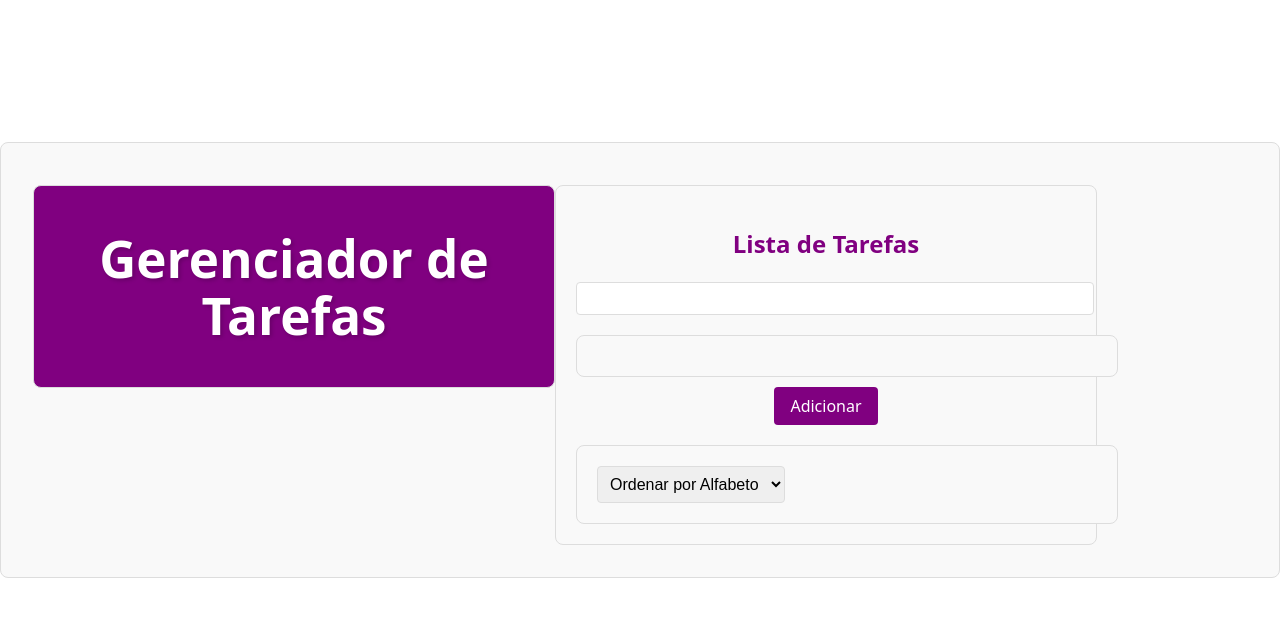
Repository: matheusarrabal12/todo
Page: /
The author's editor kept a copy of each file at every save. The page is drawn from the files as they stood at one save, then again after a run of saves.
The browser window is 1280 px wide. The pictures show the whole page.
The project was rebuilt for these pictures with package versions that can differ from the ones it lists, and the page was loaded fresh each time. Also part of the build but not shown: vite.config.js.

Above is the page before, as saved 2025-04-03 15:30:45.

### src/App.jsx
import ListaTarefas from './components/ListaTarefas';

import './App.css';

function App() {
  return(
    < >
    <div class= "divcabeçalho">
    <h1>Gerenciador de Tarefas</h1>
    </div>
    <ListaTarefas />

    </>
  ) ;
}

export default App;

### src/components/ListaTarefas.jsx
import { useState, useEffect } from "react";
import './ListaTarefas.css';

function ListaTarefas() {
  const [tarefas, setTarefa] = useState([]);
  const [novaTarefa, setNovaTarefa] = useState("");
  const [ordenacao, setOrdenacao] = useState("alfabetica");

  useEffect(() => {
    // Serve para recuperar as informações apos atualizar a pagina
    const tarefasSalvas = JSON.parse(localStorage.getItem("tarefas"));
    if (tarefasSalvas) {
      setTarefa(tarefasSalvas);
    }
  }, []);

  useEffect(() => {
    // Salva as tarefas no localStorage sempre que a lista mudar
    localStorage.setItem("tarefas", JSON.stringify(tarefas));
  }, [tarefas]);

  const adicionarTarefa = () => {
    if (novaTarefa.trim() !== "") {
      const novaTarefaObj = { texto: novaTarefa, concluida: false, dataAdicao: new Date() };
      setTarefa([...tarefas, novaTarefaObj]);
      setNovaTarefa("");
    }
  };

  const removerTarefa = (indice) => {
    setTarefa(tarefas.filter((_, i) => i !== indice));
  };

  const marcarTarefaConcluida = (indice) => {
    const novasTarefas = [...tarefas];
    novasTarefas[indice].concluida = !novasTarefas[indice].concluida;
    setTarefa(novasTarefas);
  };

  const ordenarTarefas = (criterio) => {
    let tarefasOrdenadas = [...tarefas];
    if (criterio === "alfabetica") {
      tarefasOrdenadas.sort((a, b) => a.texto.localeCompare(b.texto));
    }
    setTarefa(tarefasOrdenadas);
    setOrdenacao(criterio);
  };

  return (
    <div class = "">
      <h2>Lista de Tarefas</h2>
      <input
        type="text"
        value={novaTarefa}
        onChange={(e) => setNovaTarefa(e.target.value)}
      />
      <div> </div><button onClick={adicionarTarefa}>Adicionar</button>

      <div id="ordenacao">
        <select value={ordenacao} onChange={(e) => ordenarTarefas(e.target.value)}>
          <option value="alfabetica">Ordenar por Alfabeto</option>
        </select>
      </div>

      <ul>
        {tarefas.map((tarefa, indice) => (
          <li key={indice} className={tarefa.concluida ? "concluida" : ""}>
            {tarefa.texto}
            <div>
              <button className="marcar-concluida" onClick={() => marcarTarefaConcluida(indice)}>
                {tarefa.concluida ? "Desmarcar" : "Concluir"}
              </button>
              <button className="remover" onClick={() => removerTarefa(indice)}>Remover</button>
            </div>
          </li>
        ))}
      </ul>
    </div>
  );
}

export default ListaTarefas;

### src/components/ListaTarefas.css
/* Estilos para a lista de tarefas */
h2 {
    text-align: center;
    color: purple;
  }

  h1 {
    text-align: center;
    color: #ffffff;
    text-shadow: 2px 2px 4px rgba(0, 0, 0, 0.2);
  }

  div {
    width: 100%;
    max-width: 500px;
    margin-top: 10px;
    padding: 20px;
    border: 1px solid #ddd;
    border-radius: 8px;
    background-color: #f9f9f9;
    float: inline-start;
    margin-right: auto;
  }

  input[type="text"] {
    width: 100%;
    padding: 8px;
    margin-bottom: 10px;
    border: 1px solid #ddd;
    border-radius: 4px;
  }

  button {
    padding: 8px 16px;
    background-color: purple;
    color: white;
    border: none;
    border-radius: 4px;
    cursor: pointer;
    font-size: 16px;
    margin-top: 10px;
  }

  button:hover {
    background-color: purple;
  }

  ul {
    list-style-type: none;
    padding: 0;
  }

  li {
    display: flex;
    justify-content: space-between;
    align-items: center;
    padding: 10px;
    margin-bottom: 8px;
    background-color: #fff;
    border: 1px solid #ddd;
    border-radius: 4px;
  }

  li.concluida {
    text-decoration: line-through;
    background-color: #e0e0e0;
  }

  button.remover {
    background-color: #f44336;
  }

  button.remover:hover {
    background-color: #e53935;
  }

  button.marcar-concluida {
    background-color: #2196f3;
  }

  button.marcar-concluida:hover {
    background-color: #1976d2;
  }

  #ordenacao {
    margin-top: 20px;
    display: flex;
    justify-content: space-between;
  }

  #ordenacao select {
    padding: 8px;
    font-size: 16px;
    border-radius: 4px;
    border: 1px solid #ddd;
  }

  .divcabeçalho {
     background: purple;
     color: white;
     padding: 10px;
     text-align: center;
     border-image: auto;
     border-image-slice: 1;
     border-image-width: 1px;
    border-image-outset: 0;
  }

Loaded but not shown: index.html (common file); src/main.jsx (common file); src/index.css (common file); src/App.css (common file)

After the next 5 saves:
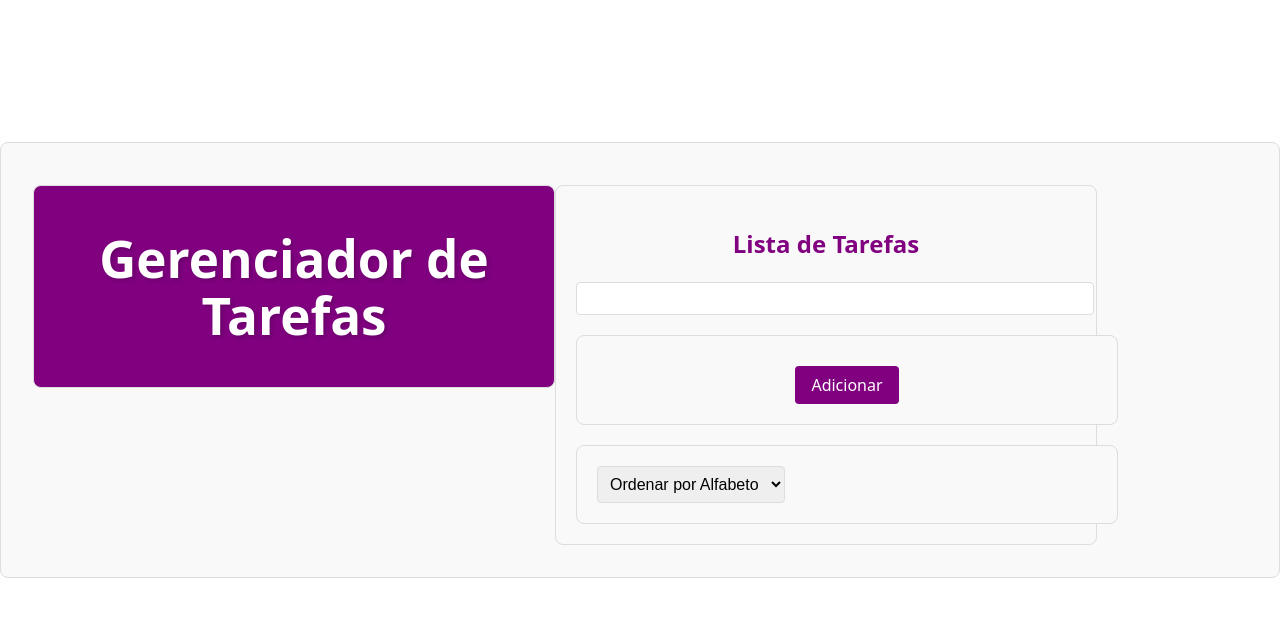
The 5 saves are shown as one change because 1 did not build or start and some came seconds apart.
The last was saved 22 s later.
--- a/src/components/ListaTarefas.jsx
+++ b/src/components/ListaTarefas.jsx
@@ -54,7 +54,8 @@ function ListaTarefas() {
         value={novaTarefa}
         onChange={(e) => setNovaTarefa(e.target.value)}
       />
-      <div> </div><button onClick={adicionarTarefa}>Adicionar</button>
+      <div>
+        <button onClick={adicionarTarefa}>Adicionar</button></div>
 
       <div id="ordenacao">
         <select value={ordenacao} onChange={(e) => ordenarTarefas(e.target.value)}>
